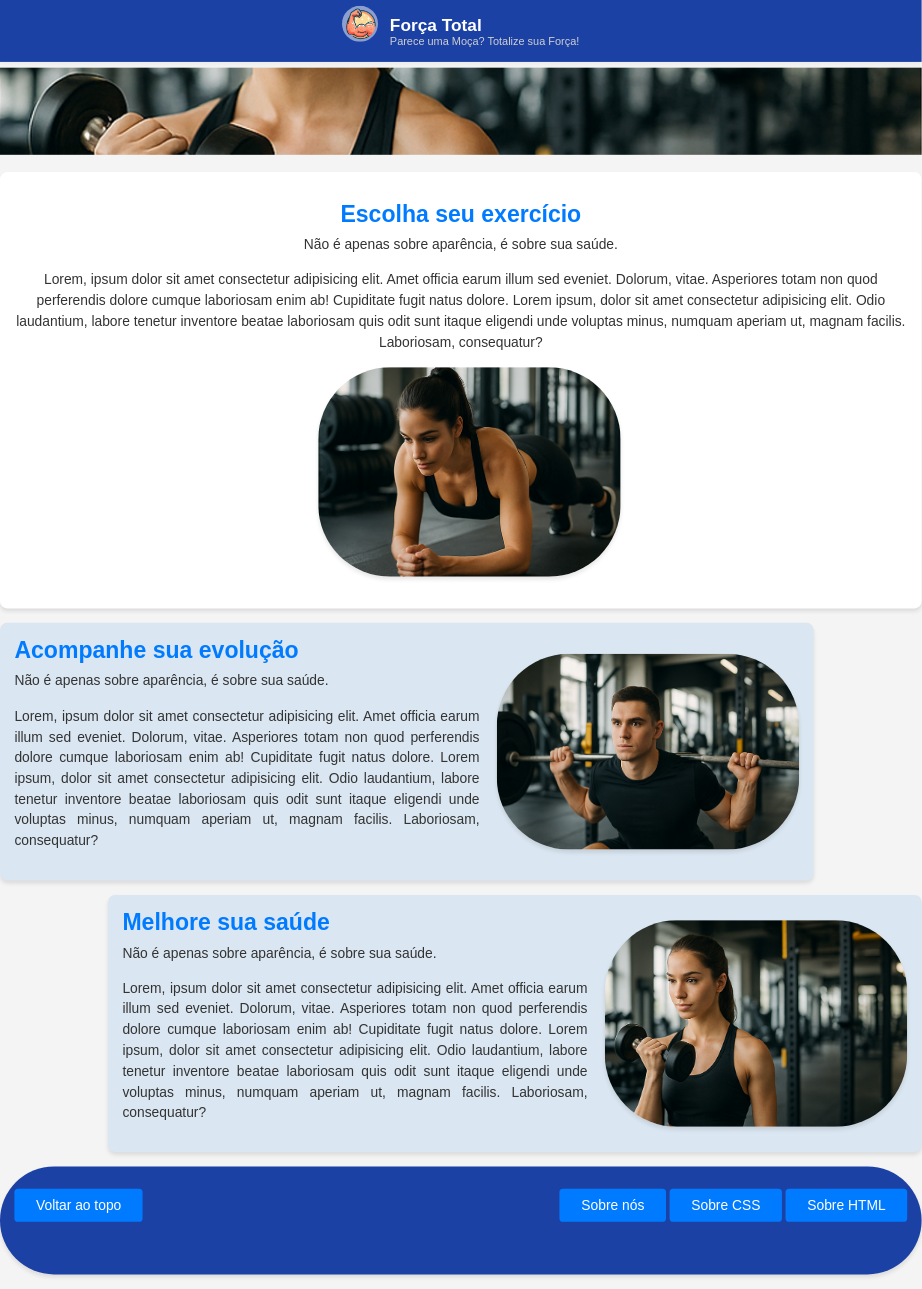
Repository: LuidyOn/Site_Forca_Total
Page: ForçaTotal/index.html
An editor plug-in stored every save of this project. The page is shown before and after a run of saves, followed by the edit.
The browser window is 1280 px wide. The pictures show the whole page, at 72% of full size.

Above is the page before, as saved 2025-05-19 13:58:13.
Not found: ForçaTotal/js/script.js

### ForçaTotal/index.html
<!DOCTYPE html>
<html lang="pt-br">

<head>
    <meta charset="UTF-8">
    <meta name="viewport" content="width=device-width, initial-scale=1.0">
    <title>Força Total</title>
    <link rel="stylesheet" href="css/style.css">
    <link rel="shortcut icon" href="img/icons/logo.ico" type="image/x-icon">
</head>

<body>
    <header style="display: flex; align-items: center; justify-content: center; gap: 16px; padding: 8px 0; position: fixed; top: 0; left: 0; width: 100%; background: #1c41a5; z-index: 1000; box-shadow: 0 2px 8px rgba(0,0,0,0.05);">
        <img src="img/logo.jpg" alt="Imagem logo" style="height: 50px; width: auto;">
        <div style="text-align: left;">
            <h1 style="margin: 0; font-size: 1.5em;">Força Total</h1>
            <p style="margin: 0; color: rgb(207, 207, 207); font-size: 0.95em;">Parece uma Moça? Totalize sua Força!</p>
        </div>
    </header>
    <div style="height: 74px;"></div>

<img src="img/bannerpeso.png" alt="mulher com peso" style="width: 100%; height: auto; margin-top: 20px;">

    <section id= "background-color: #dae6f1; padding: 20px; text-align: justify; margin-left: 150px; display: flex; align-items: center; justify-content: space-between;">
        <div style="flex: 1;">
            <h2>Escolha seu exercício</h2>
            <p>Não é apenas sobre aparência, é sobre sua saúde.</p>
            <p>Lorem, ipsum dolor sit amet consectetur adipisicing elit. Amet officia earum illum sed eveniet. Dolorum, vitae. Asperiores totam non quod perferendis dolore cumque laboriosam enim ab! Cupiditate fugit natus dolore. Lorem ipsum, dolor sit amet consectetur adipisicing elit. Odio laudantium, labore tenetur inventore beatae laboriosam quis odit sunt itaque eligendi unde voluptas minus, numquam aperiam ut, magnam facilis. Laboriosam, consequatur?</p>
        </div>
        <img src="img/prancha.png" alt="Exercício" style="width: 420px; height: auto; border-radius: 100px; margin-left: 24px;">
    </section>
    <section style="background-color: #dae6f1; padding: 20px; text-align: justify; margin-right: 150px; display: flex; align-items: center; justify-content: space-between;">
        <div style="flex: 1;">
            <h2>Acompanhe sua evolução</h2>
            <p>Não é apenas sobre aparência, é sobre sua saúde.</p>
            <p>Lorem, ipsum dolor sit amet consectetur adipisicing elit. Amet officia earum illum sed eveniet. Dolorum, vitae. Asperiores totam non quod perferendis dolore cumque laboriosam enim ab! Cupiditate fugit natus dolore. Lorem ipsum, dolor sit amet consectetur adipisicing elit. Odio laudantium, labore tenetur inventore beatae laboriosam quis odit sunt itaque eligendi unde voluptas minus, numquam aperiam ut, magnam facilis. Laboriosam, consequatur?</p>
        </div>
        <img src="img/agachamento.png" alt="Exercício" style="width: 420px; height: auto; border-radius: 100px; margin-left: 24px;">
    </section>

    <section style="background-color: #dae6f1; padding: 20px; text-align: justify; margin-left: 150px; display: flex; align-items: center; justify-content: space-between;">
        <div style="flex: 1;">
            <h2>Melhore sua saúde</h2>
            <p>Não é apenas sobre aparência, é sobre sua saúde.</p>
            <p>Lorem, ipsum dolor sit amet consectetur adipisicing elit. Amet officia earum illum sed eveniet. Dolorum, vitae. Asperiores totam non quod perferendis dolore cumque laboriosam enim ab! Cupiditate fugit natus dolore. Lorem ipsum, dolor sit amet consectetur adipisicing elit. Odio laudantium, labore tenetur inventore beatae laboriosam quis odit sunt itaque eligendi unde voluptas minus, numquam aperiam ut, magnam facilis. Laboriosam, consequatur?</p>
        </div>
        <img src="img/peso.png" alt="Exercício" style="width: 420px; height: auto; border-radius: 100px; margin-left: 24px;">
    </section>

    <section style=" background-color: #1c41a5; padding: 10px; text-align: justify; height: 150px; padding: 1px 20px;  border-radius: 1000px;">
  <h3 style="text-align: left;">
    <span>
    <a href="index.html"><button id="botao">Voltar ao topo</button></a>
    </span>
    <span style="float: right;">
      <a href="paginas/sobrenos.html"><button>Sobre nós</button></a>
      <a href="paginas/sobrecss.html"><button>Sobre CSS</button></a>
      <a href="paginas/sobreHTML.html"><button>Sobre HTML</button></a>
    </span>
  </h3>

  </section>

    <script src="js/script.js"></script>
</body>
</html>

### ForçaTotal/css/style.css
/* Resetando algumas margens e paddings padrão */
* {
  margin: 0;
  padding: 0;
  box-sizing: border-box;
}

body {
  font-family: 'Arial', sans-serif;
  text-align: center;
  background-color: #f4f4f4;
  margin: 0;
  padding: 0;
  color: #333;
}

header {
  background-color: #007bff;
  color: white;
  padding: 40px 20px;
  text-align: center;
}

header img {
  width: 150px;
  margin-bottom: 20px;
  border-radius: 50%;
}

h1 {
  font-size: 2.5rem;
  margin-bottom: 10px;
  font-weight: bold;
}

p {
  font-size: 1.2rem;
  font-weight: 300;
}

section {
  padding: 40px 20px;
  background-color: white;
  margin: 20px 0;
  border-radius: 10px;
  box-shadow: 0px 4px 6px rgba(0, 0, 0, 0.1);
}

section h2 {
  font-size: 2rem;
  margin-bottom: 10px;
  color: #007bff;
}

section p {
  font-size: 1.2rem;
  line-height: 1.5;
  margin-bottom: 20px;
}

section img {
  width: 25%;
  max-width: 600px;
  border-radius: 10px;
  box-shadow: 0px 4px 6px rgba(0, 0, 0, 0.1);
  margin-left: px;
}

button {
  padding: 12px 30px;
  font-size: 1.2rem;
  background-color: #007bff;
  color: white;
  border: none;
  border-radius: 5px;
  cursor: pointer;
  transition: background-color 0.3s ease, transform 0.2s ease;
  margin-top: 30px;
  margin-left: 0px;

}

button:hover {
  background-color: #325f90;
  transform: translateY(-2px);
}

button:active {
  transform: translateY(0);
}

footer {
  background-color: #222;
  color: white;
  padding: 20px;
  font-size: 1rem;
  text-align: center;
  margin-top: 40px;
}

footer p {
  font-weight: 300;
  margin-left: -1000px;

}

@media screen and (max-width: 768px) {
  header h1 {
      font-size: 2rem;
  }

  section h2 {
      font-size: 1.8rem;
  }

  button {
      padding: 10px 25px;
  }
}

After the next 4 saves:
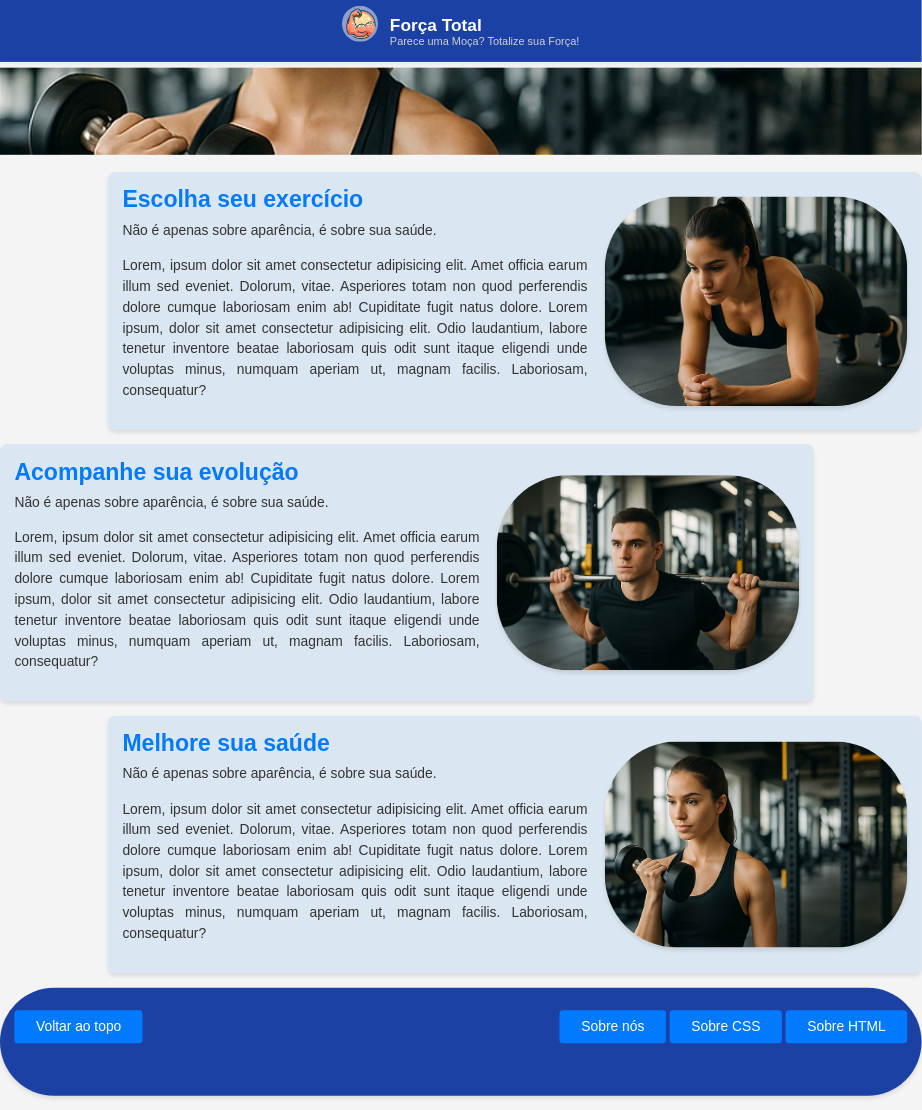
The 4 saves are shown as one change because they came seconds apart.
The last was saved 23 s later.
--- a/ForçaTotal/index.html
+++ b/ForçaTotal/index.html
@@ -21,7 +21,7 @@
 
 <img src="img/bannerpeso.png" alt="mulher com peso" style="width: 100%; height: auto; margin-top: 20px;">
 
-    <section id= "background-color: #dae6f1; padding: 20px; text-align: justify; margin-left: 150px; display: flex; align-items: center; justify-content: space-between;">
+    <section id="" style="background-color: #dae6f1; padding: 20px; text-align: justify; margin-left: 150px; display: flex; align-items: center; justify-content: space-between;">
         <div style="flex: 1;">
             <h2>Escolha seu exercício</h2>
             <p>Não é apenas sobre aparência, é sobre sua saúde.</p>
